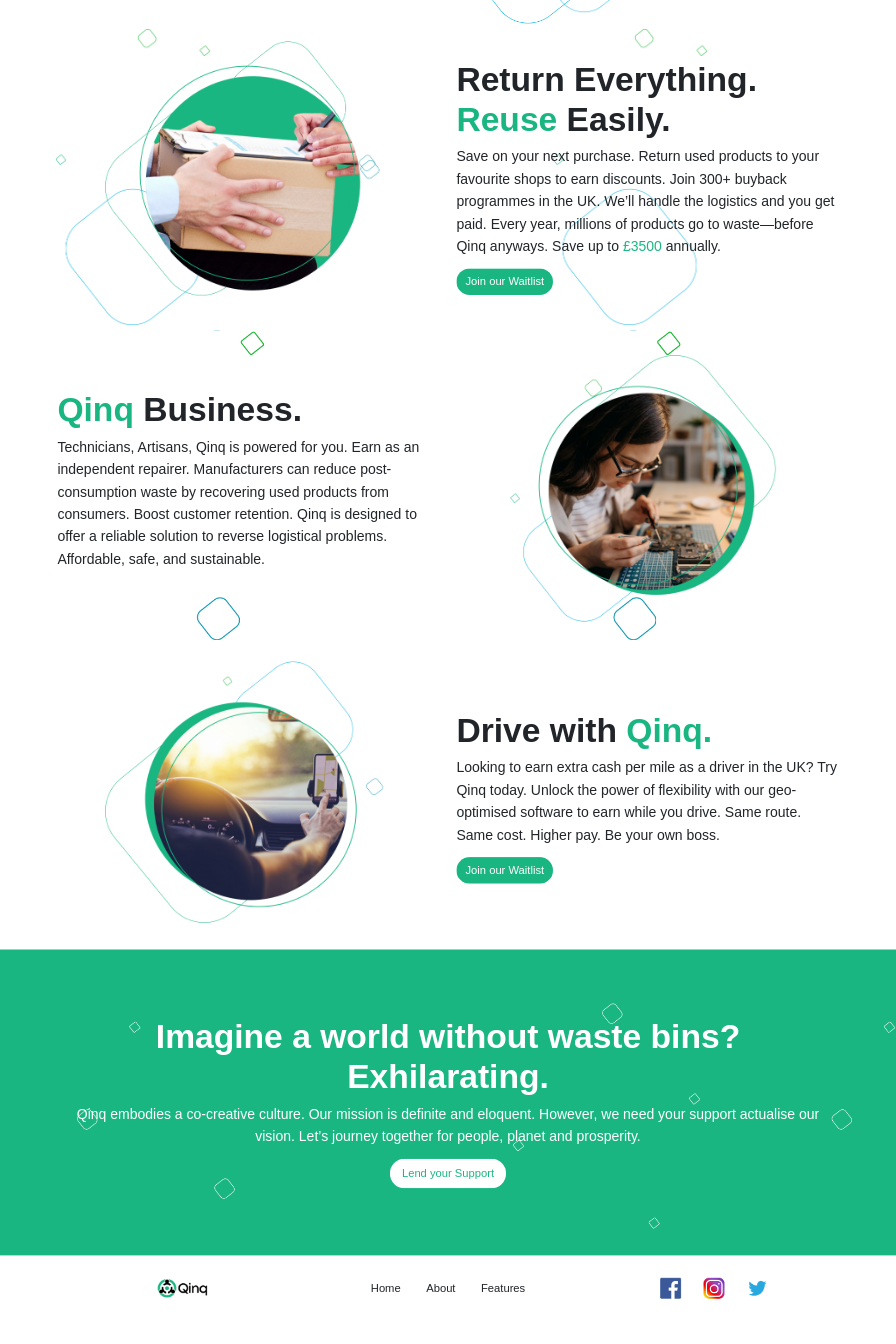
Repository: HelloQinq2023/qinq.github.io
Page: index.html
The author's editor kept a copy of each file at every save. The page is drawn from the files as they stood at one save, then again after the next save.
The browser window is 1280 px wide. The pictures show the part of the page from y = 1818 to 3738 px (the page is 3738 px tall before and 3722 px after), at 70% of full size.
Backgrounds fixed to the window are drawn as part of the page. Some web fonts or font styles are not loaded; a fallback is used.

Above is the page before, as saved 2023-02-23 12:54:08.

After the next save:
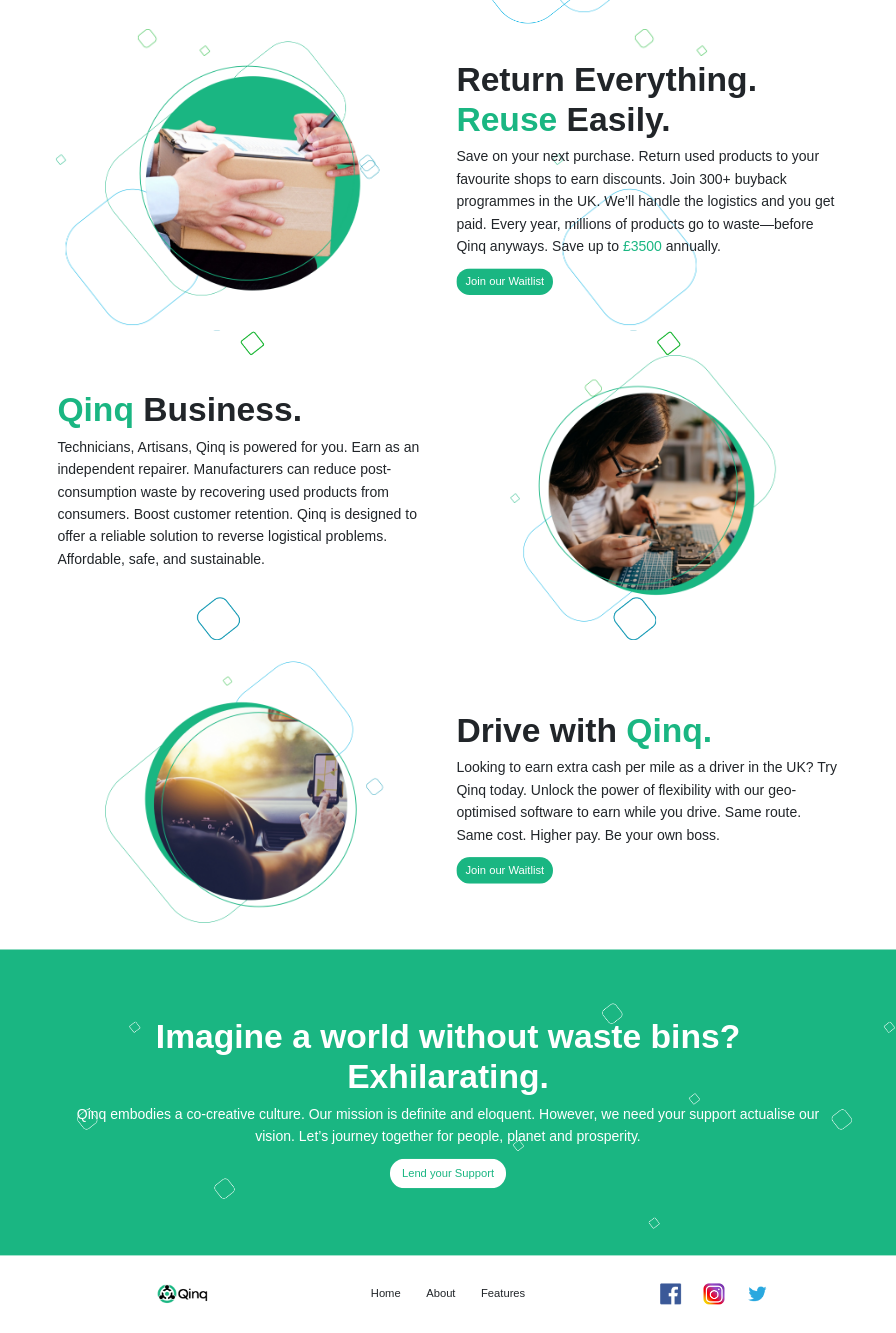
Saved 18 s later.
--- a/index.html
+++ b/index.html
@@ -195,7 +195,7 @@
       </section>
 
       <section id="footer">
-       <div class="container pt-3 pb-5">
+       <div class="container py-4">
         <div class="row">
           <div class="col-md-4 d-flex justify-content-center align-items-center">
             <a class="navbar-brand d-flex justify-content-center align-items-center" href="#"><img src="images/logo.png" class="w-25 mx-auto"></a>
